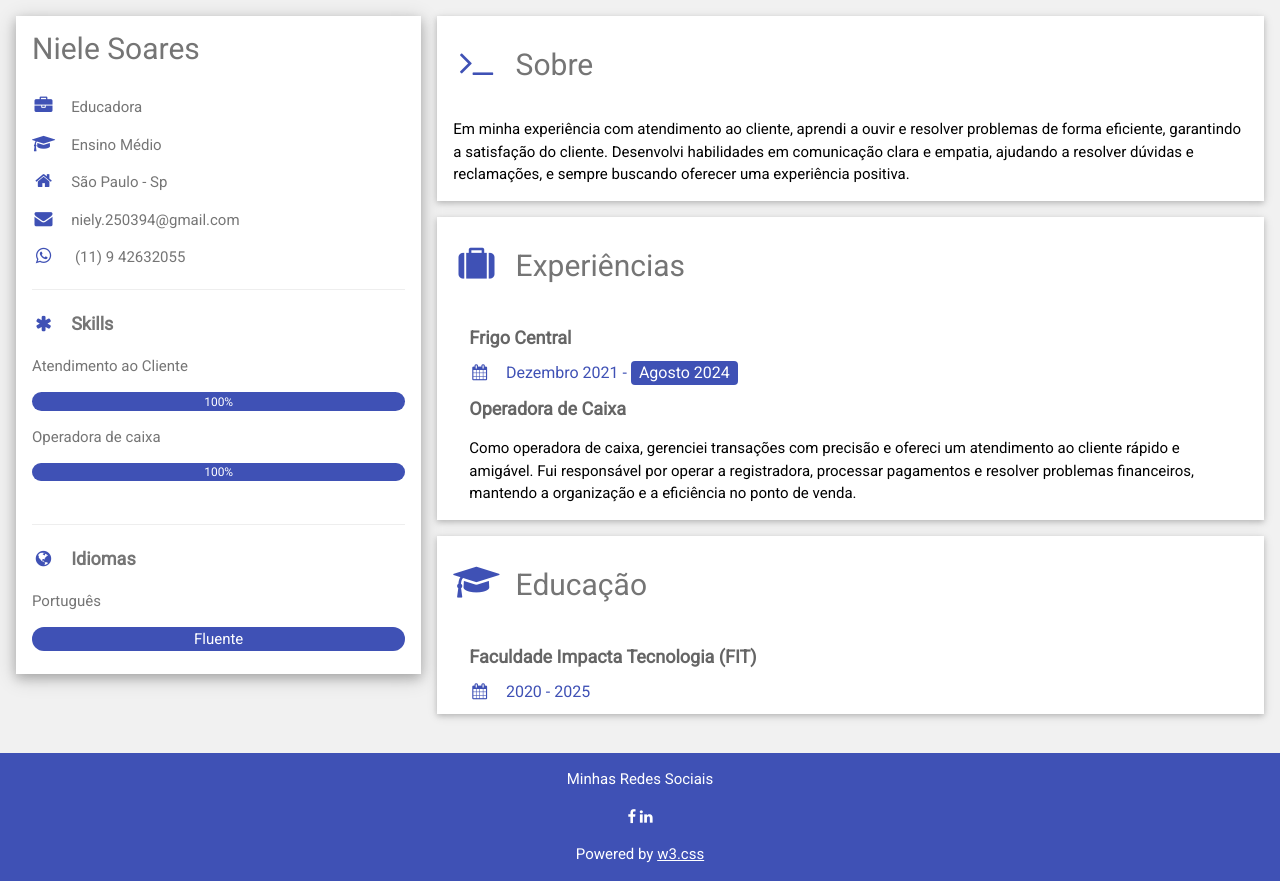
Repository: gustavotwist/cv2
Page: index.html
An editor plug-in stored every save of this project. The page is shown before and after a run of saves, followed by the edit.
The browser window is 1280 px wide. The pictures show the whole page.

Above is the page before, as saved 2024-08-23 18:11:45.

After the next 6 saves:
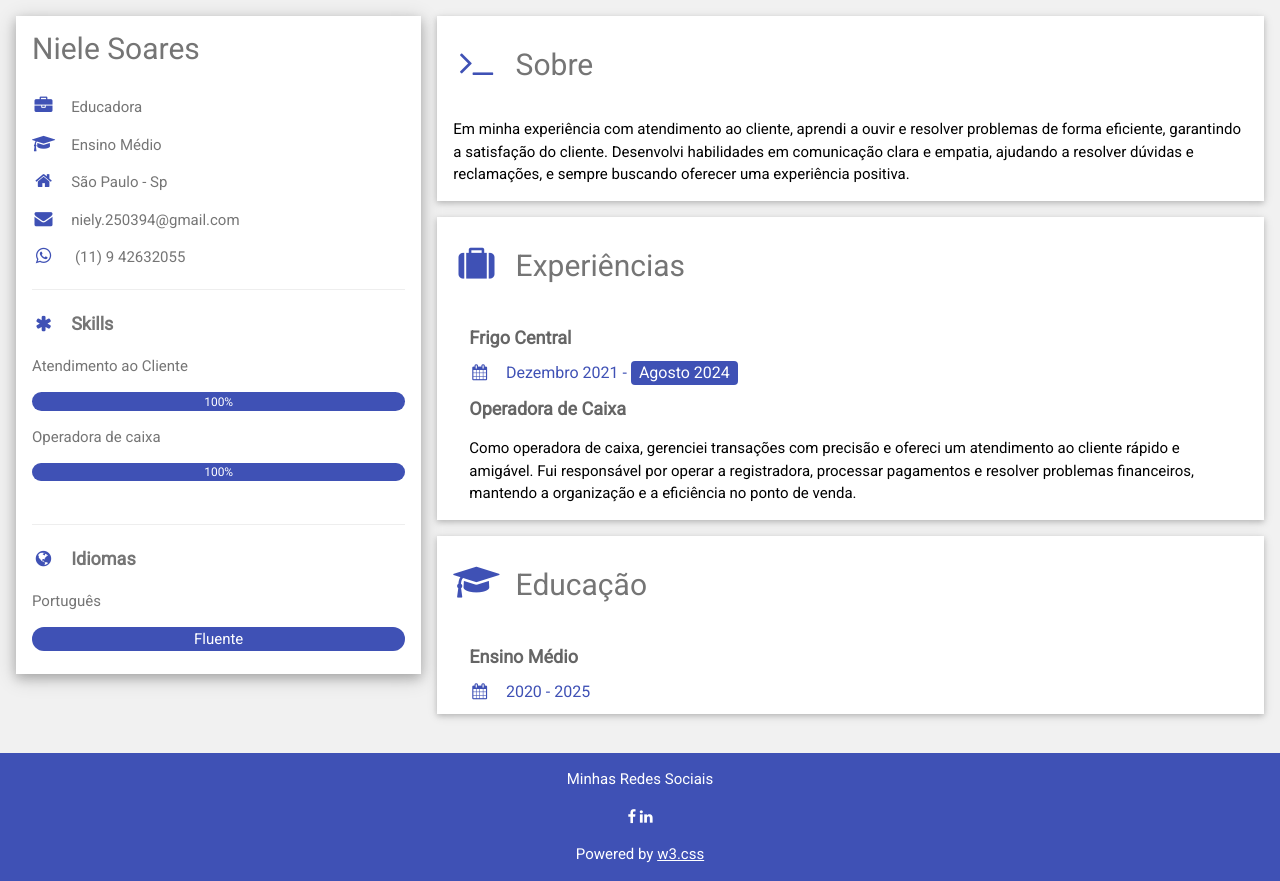
The 6 saves are shown as one change because they came seconds apart.
The last was saved 22 s later.
--- a/index.html
+++ b/index.html
@@ -98,7 +98,7 @@
               <i class="fa fa-graduation-cap fa-fw w3-margin-right w3-xxlarge w3-text-indigo"></i>Educação
             </h2>
             <div class="w3-container">
-              <h5 class="w3-opacity"><b>Faculdade Impacta Tecnologia (FIT)</b></h5>
+              <h5 class="w3-opacity"><b>Ensino Médio</b></h5>
               <h6 class="w3-text-indigo"><i class="fa fa-calendar fa-fw w3-margin-right"></i>2020 - 2025</h6>
             </div>
           </div><br>
